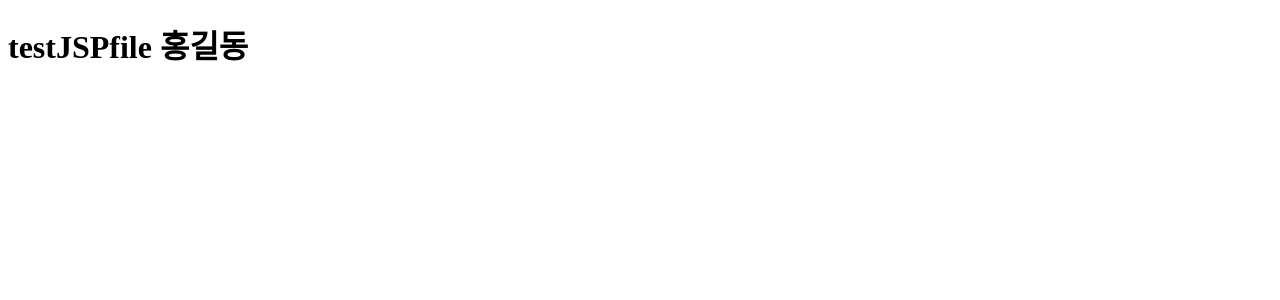
Repository: papepopopy/javascript
Page: http://localhost/webjsp/HelloJSP.jsp
An editor plug-in stored every save of this project. The page is shown before and after the next save, followed by the edit.
The browser window is 1280 px wide. The pictures show the whole page.
The page is served by Tomcat 9. Nobody is signed in. The application's start-up code is not run. Other server files are loaded and not shown.

Above is the page before, as saved 2024-06-25 06:52:42.

### jspStudy/jspStudy/webjsp/src/main/webapp/HelloJSP.jsp
<%@ page language="java" contentType="text/html; charset=UTF-8"
    pageEncoding="UTF-8"%>
    <%!
    String str1 = "JSP";
    String name = "홍길동";
    %>
<!DOCTYPE html>
<html>
<head>
<meta charset="UTF-8">
<title>Hello JSP</title>
</head>
<body>
	<h1>test<%= str1 %>file <%= name %></h1>
</body>
</html>

After the next save:
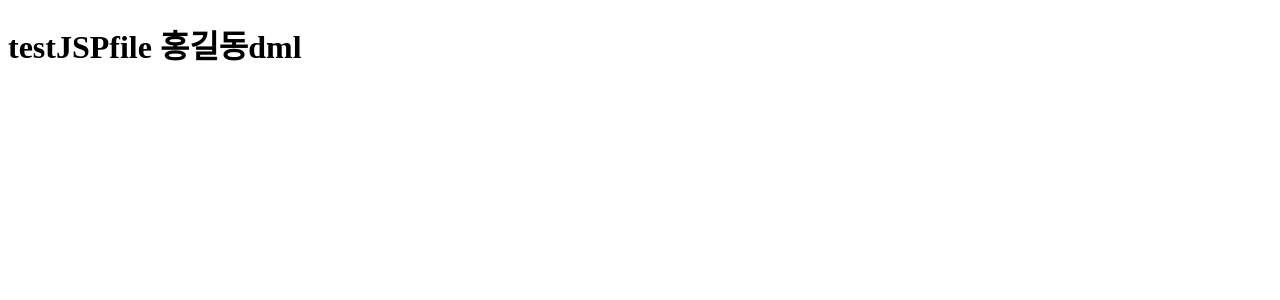
Saved 2 s later.
--- a/jspStudy/jspStudy/webjsp/src/main/webapp/HelloJSP.jsp
+++ b/jspStudy/jspStudy/webjsp/src/main/webapp/HelloJSP.jsp
@@ -11,6 +11,6 @@
 <title>Hello JSP</title>
 </head>
 <body>
-	<h1>test<%= str1 %>file <%= name %></h1>
+	<h1>test<%= str1 %>file <%= name %>dml</h1>
 </body>
 </html>
